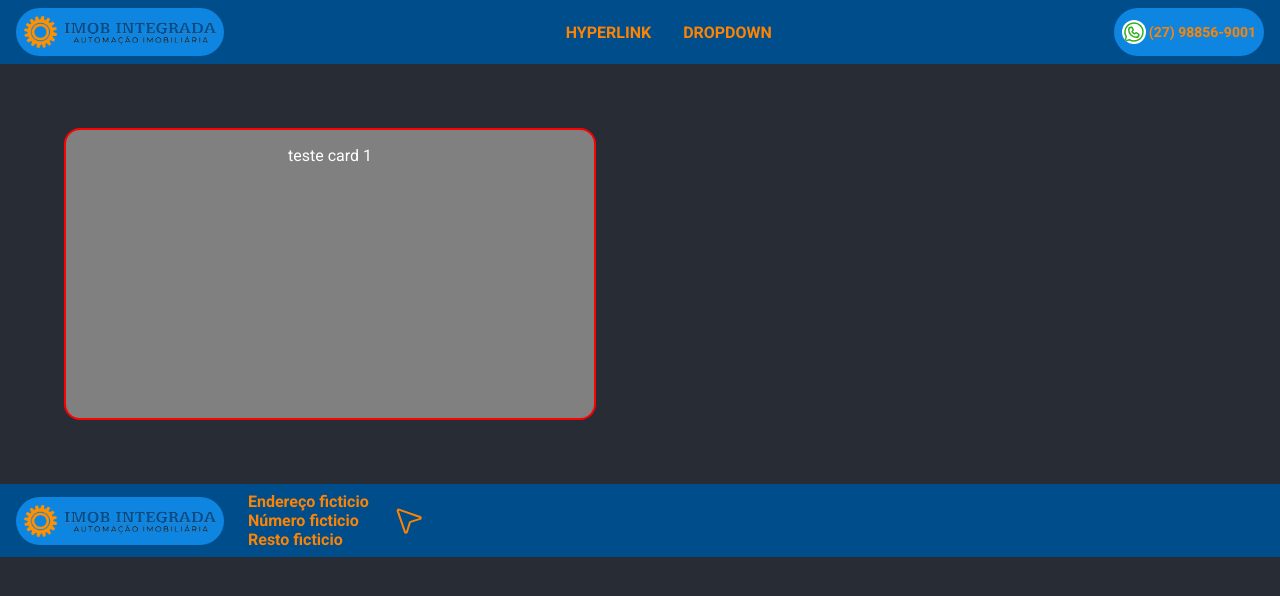
Repository: K0slov/testeAPI
Page: /
An editor plug-in stored every save of this project. The page is shown before and after the next save, followed by the edit.
The browser window is 1280 px wide. The pictures show the whole page.
The project was rebuilt for these pictures with package versions that can differ from the ones it lists, and the page was loaded fresh each time. Also part of the build but not shown: vite.config.ts.

Above is the page before, as saved 2022-06-27 18:21:03.

After the next save:
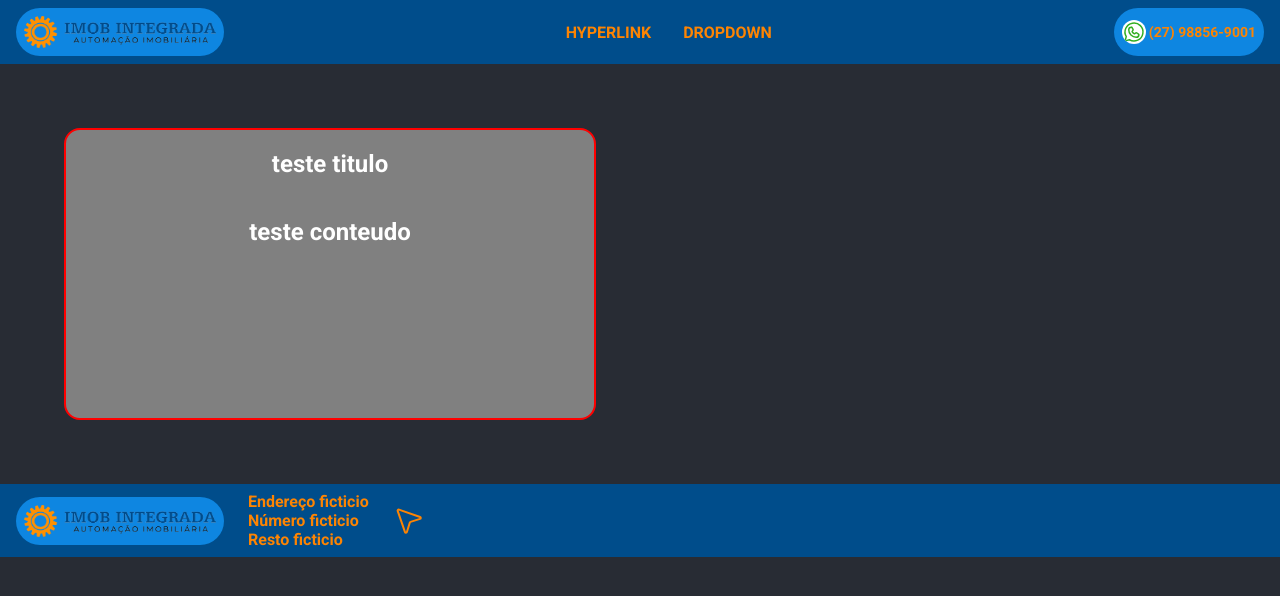
Saved 113 s later.
--- a/src/components/Card/card.tsx
+++ b/src/components/Card/card.tsx
@@ -3,7 +3,12 @@ import './style.modeule.css'
 export function Card() {
     return (
         <div className="card">
-            <p> teste card 1</p>
+            <div className='titulo'>
+                <h2>teste titulo</h2>
+            </div>
+            <div className='conteudo'>
+                <h2>teste conteudo</h2>
+            </div>
         </div>
     )
 }
